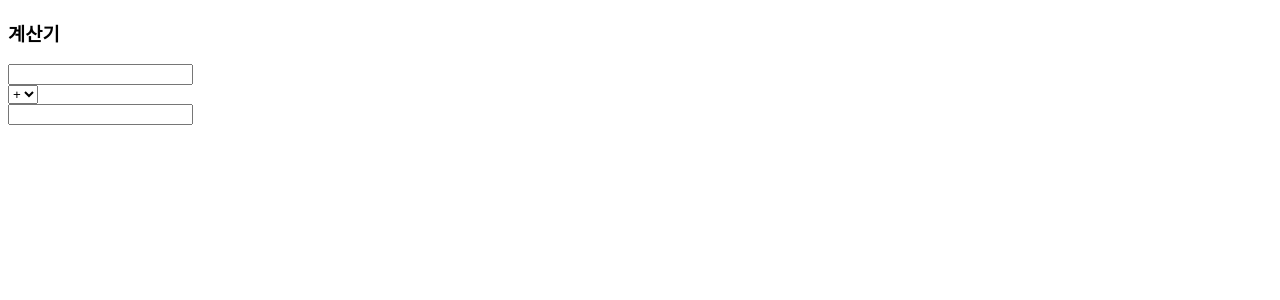
Repository: iwonhee/Servlet
Page: http://localhost/Servlet03/calculator/calculator.jsp
An editor plug-in stored every save of this project. The page is shown before and after the next save, followed by the edit.
The browser window is 1280 px wide. The pictures show the whole page.
The page is served by Tomcat 9.

Above is the page before, as saved 2022-11-16 00:26:58.

After the next save:
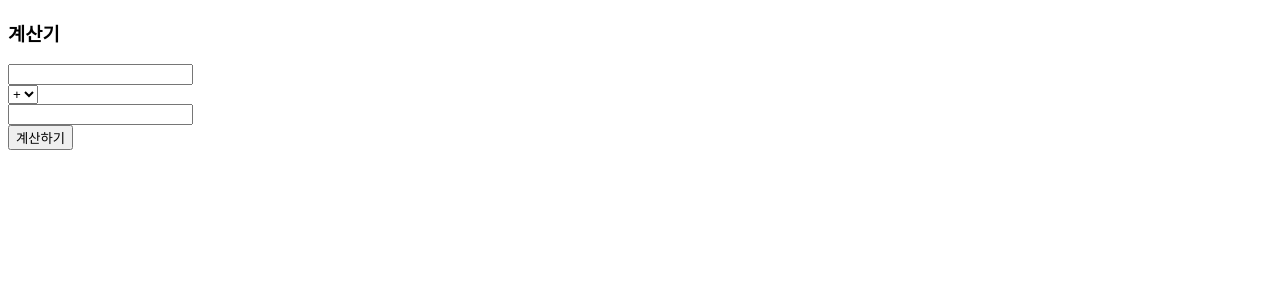
Saved 57 s later.
--- a/Servlet03/src/main/webapp/calculator/calculator.jsp
+++ b/Servlet03/src/main/webapp/calculator/calculator.jsp
@@ -19,6 +19,7 @@
 		</select>
 	</div>
 	<div><input type="text" name="num2"></div>
+	<div><input type="submit" value="계산하기"></div>
 </form>
 <%
 
